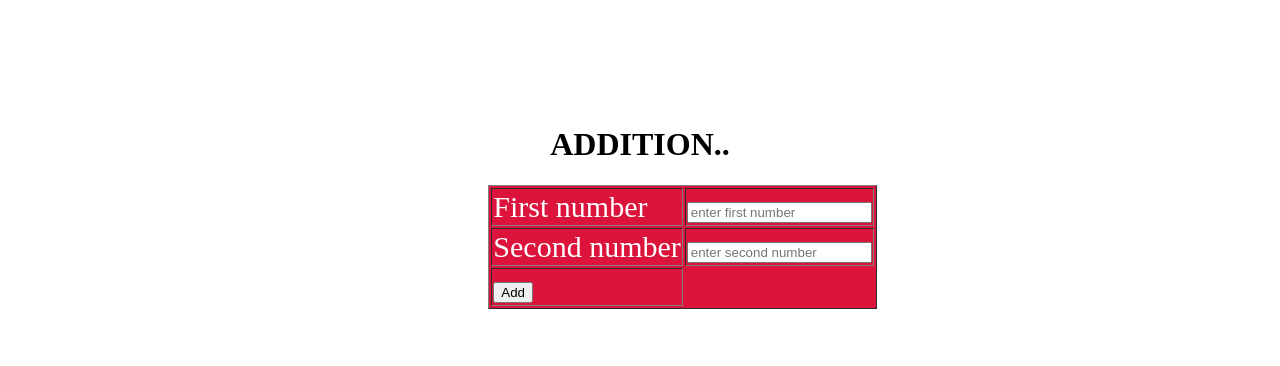
Repository: vima107/JDBC-CRUD-OPERATIONS
Page: addition/src/main/webapp/index.html
An editor plug-in stored every save of this project. The page is shown before and after the next save, followed by the edit.
The browser window is 1280 px wide. The pictures show the whole page.

Above is the page before, as saved 2024-10-09 10:50:49.

After the next save:
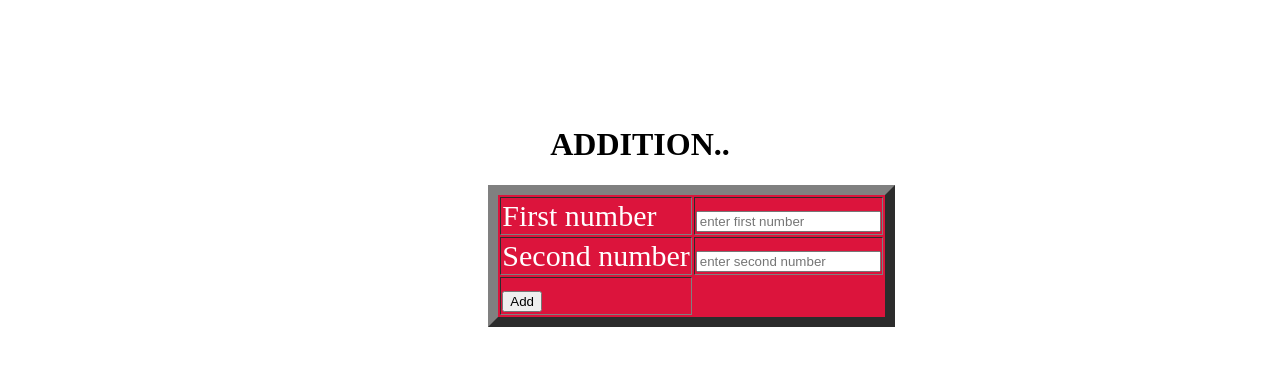
Saved 8 s later.
--- a/addition/src/main/webapp/index.html
+++ b/addition/src/main/webapp/index.html
@@ -6,7 +6,7 @@
 </head>
 <body>
 	<h1 style="margin-top:10%"><center>ADDITION..</center></h1>
-	<table style="margin-left:38%;background-color:crimson; font-size:30px;color:white" border=1>
+	<table style="margin-left:38%;background-color:crimson; font-size:30px;color:white" border=10>
 	<form action="/addition/Add">
 		<tr>
 			<td>First number</td>
